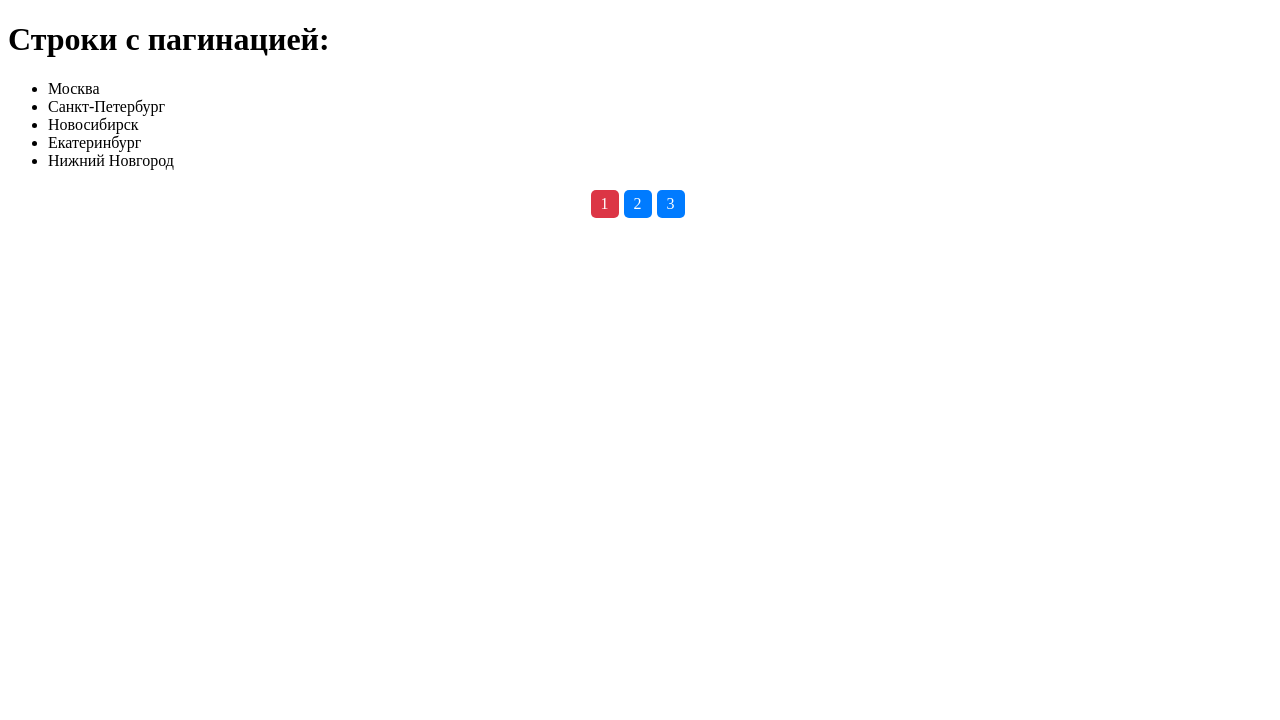
Repository: ssezmar/php...
Page: http://localhost/lab2/pagination.php?page=1
The author's editor kept a copy of each file at every save. The page is drawn from the files as they stood at one save, then again after the next save.
The browser window is 1280 px wide. The pictures show the whole page.
The page is run by PHP 8.4 with error messages shown; the project is at /var/www/html/. Other server files are loaded and not shown.

Above is the page before, as saved 2025-09-17 12:37:26.

### public_html/lab2/pagination.php
<!DOCTYPE html>
<html lang="en">
<head>
    <meta charset="UTF-8">
    <title>Pagination Example</title>
    <style>
        .pagination {
            display: flex;
            justify-content: center;
            margin-top: 20px;
        }

        .pagination a {
            padding: 5px 10px;
            text-decoration: none;
            color: #fff;
            background-color: #007bff;
            border-radius: 5px;
            margin-right: 5px;
        }

        .pagination a.active {
            background-color: #dc3545;
        }
    </style>
</head>
<body>

<h1>Строки с пагинацией:</h1>

<?php
// Функция пагинации (та же самая, что была представлена ранее)
function paginateArray($data, $page = 1, $perPage = 10)
{
    $totalPages = ceil(count($data) / $perPage);
    if ($page > $totalPages || $page <= 0) {
        return [];
    }
    $offset = ($page - 1) * $perPage;
    $pagedData = array_slice($data, $offset, $perPage);
    return [
        'current_page' => $page,
        'pages_total' => $totalPages,
        'items_per_page' => $perPage,
        'data' => $pagedData
    ];
}

// Массив строк
$data = ["Москва", "Санкт-Петербург", "Новосибирск", "Екатеринбург", "Нижний Новгород",
         "Казань", "Челябинск", "Омск", "Самара", "Ростов-на-Дону", "Уфа", "Красноярск",
         "Пермь", "Воронеж", "Волгоград"];

// Текущие параметры страницы (можно получать из GET-запросов)
$currentPage = isset($_GET['page']) ? intval($_GET['page']) : 1;
$perPage = 5; // Количество записей на странице

// Получаем список городов для текущей страницы
$result = paginateArray($data, $currentPage, $perPage);

// Вывод списка городов
if (!empty($result['data'])) {
    echo "<ul>";
    foreach ($result['data'] as $city) {
        echo "<li>$city</li>";
    }
    echo "</ul>";
} else {
    echo '<p>Нет данных.</p>';
}

// Создание навигационной панели
echo '<div class="pagination">';
for ($i = 1; $i <= $result['pages_total']; $i++) {
    $class = ($i === $currentPage) ? 'active' : '';
    echo '<a href="?page=' . $i . '" class="' . $class . '">' . $i . '</a>';
}
echo '</div>';
?>

</body>
</html>

### public_html/lab2/includes/header.php
<!doctype html>
<html class="no-js" lang="zxx">

<head>
    <meta charset="utf-8">
    <meta http-equiv="x-ua-compatible" content="ie=edge">
    <title><?= $pageTitle ?? 'Animal'; ?></title>
    <meta name="description" content="">
    <meta name="viewport" content="width=device-width, initial-scale=1">
    <link rel="shortcut icon" type="image/x-icon" href="img/favicon.png">
    <link rel="stylesheet" href="css/bootstrap.min.css">
    <link rel="stylesheet" href="css/owl.carousel.min.css">
    <link rel="stylesheet" href="css/magnific-popup.css">
    <link rel="stylesheet" href="css/font-awesome.min.css">
    <link rel="stylesheet" href="css/themify-icons.css">
    <link rel="stylesheet" href="css/nice-select.css">
    <link rel="stylesheet" href="css/flaticon.css">
    <link rel="stylesheet" href="css/gijgo.css">
    <link rel="stylesheet" href="css/animate.css">
    <link rel="stylesheet" href="css/slicknav.css">
    <link rel="stylesheet" href="css/style.css">
</head>

<body>
<header>
    <div class="header-area ">

### public_html/lab2/includes/menu.php
<?php
$menu = [
    ["link" => "home", "href" => "index.php"],
    ["link" => "about", "href" => "about.php"],
    ["link" => "services", "href" => "services.php"],
    ["link" => "contact", "href" => "contact.php"],
    ["link" => "pagination", "href" => "pagination.php"] // доп. задание
];
?>
<div id="sticky-header" class="main-header-area">
    <div class="container">
        <div class="row align-items-center">
            <div class="col-xl-3 col-lg-3">
                <div class="logo">
                    <a href="index.php">
                        <img src="img/logo.png" alt="">
                    </a>
                </div>
            </div>
            <div class="col-xl-9 col-lg-9">
                <div class="main-menu  d-none d-lg-block">
                    <nav>
                        <ul id="navigation">
                            <?php foreach ($menu as $item): ?>
                                <li><a href="<?= $item['href'] ?>"><?= $item['link'] ?></a></li>
                            <?php endforeach; ?>
                        </ul>
                    </nav>
                </div>
            </div>
            <div class="col-12">
                <div class="mobile_menu d-block d-lg-none"></div>
            </div>
        </div>
    </div>
</div>
</div> <!-- .header-area -->
</header>

### public_html/lab2/function.php
<?php
function paginateArray($data, $page = 1, $perPage = 5) {
    $totalPages = ceil(count($data) / $perPage);

    if ($page > $totalPages || $page <= 0) {
        return [];
    }

    $offset = ($page - 1) * $perPage;
    $pagedData = array_slice($data, $offset, $perPage);

    return [
        'current_page'   => $page,
        'pages_total'    => $totalPages,
        'items_per_page' => $perPage,
        'data'           => $pagedData
    ];
}

// Пример стилей для пагинации
?>
<style>
.pagination {
    display: flex;
    justify-content: center;
    margin-top: 20px;
}
.pagination a {
    padding: 7px 14px;
    text-decoration: none;
    color: #fff;
    background-color: #007bff;
    border-radius: 5px;
    margin-right: 5px;
    transition: 0.3s;
}
.pagination a:hover {
    background-color: #0056b3;
}
.pagination a.active {
    background-color: #dc3545;
}
</style>

### public_html/lab2/includes/footer.php
<footer class="footer">
    <div class="footer_top">
        <div class="container">
            <div class="row">
                <!-- полный код footer из index.html -->
                <div class="col-xl-3 col-md-6 col-lg-3">
                    <div class="footer_widget">
                        <h3 class="footer_title">Contact Us</h3>
                        <ul class="address_line">
                            <li>+555 0000 565</li>
                            <li><a href="#">Demomail@gmail.Com</a></li>
                            <li>700, Green Lane, New York, USA</li>
                        </ul>
                    </div>
                </div>
                <!-- другие колонки footer -->
            </div>
        </div>
    </div>
    <div class="copy-right_text">
            <div class="container">
                <div class="bordered_1px"></div>
                <div class="row">
                    <div class="col-xl-12">
                        <p class="copy_right text-center">
                            <p><!-- Link back to Colorlib can't be removed. Template is licensed under CC BY 3.0. -->
  Copyright &copy;<script>document.write(new Date().getFullYear());</script> All rights reserved | This template is made with <i class="ti-heart" aria-hidden="true"></i> by <a href="https://colorlib.com" target="_blank">Colorlib</a>
  <!-- Link back to Colorlib can't be removed. Template is licensed under CC BY 3.0. --></p>
                        </p>
                    </div>
                </div>
            </div>
        </div>
</footer>

<script src="js/vendor/jquery-1.12.4.min.js"></script>
<script src="js/bootstrap.min.js"></script>
<script src="js/owl.carousel.min.js"></script>
<script src="js/main.js"></script>
</body>
</html>

Loaded but not shown: public_html/lab2/css/bootstrap.min.css (library); public_html/lab2/css/owl.carousel.min.css (common file); public_html/lab2/css/magnific-popup.css (library); public_html/lab2/css/font-awesome.min.css (library); public_html/lab2/css/themify-icons.css (common file); public_html/lab2/css/nice-select.css (common file); public_html/lab2/css/flaticon.css (common file); public_html/lab2/css/animate.css (library); public_html/lab2/css/slicknav.css (common file); public_html/lab2/css/style.css (library); public_html/lab2/js/bootstrap.min.js (library); public_html/lab2/js/owl.carousel.min.js (library); public_html/lab2/js/main.js (368 lines, source omitted); public_html/lab2/css/gijgo.css (2704 lines, source omitted)

After the next save:
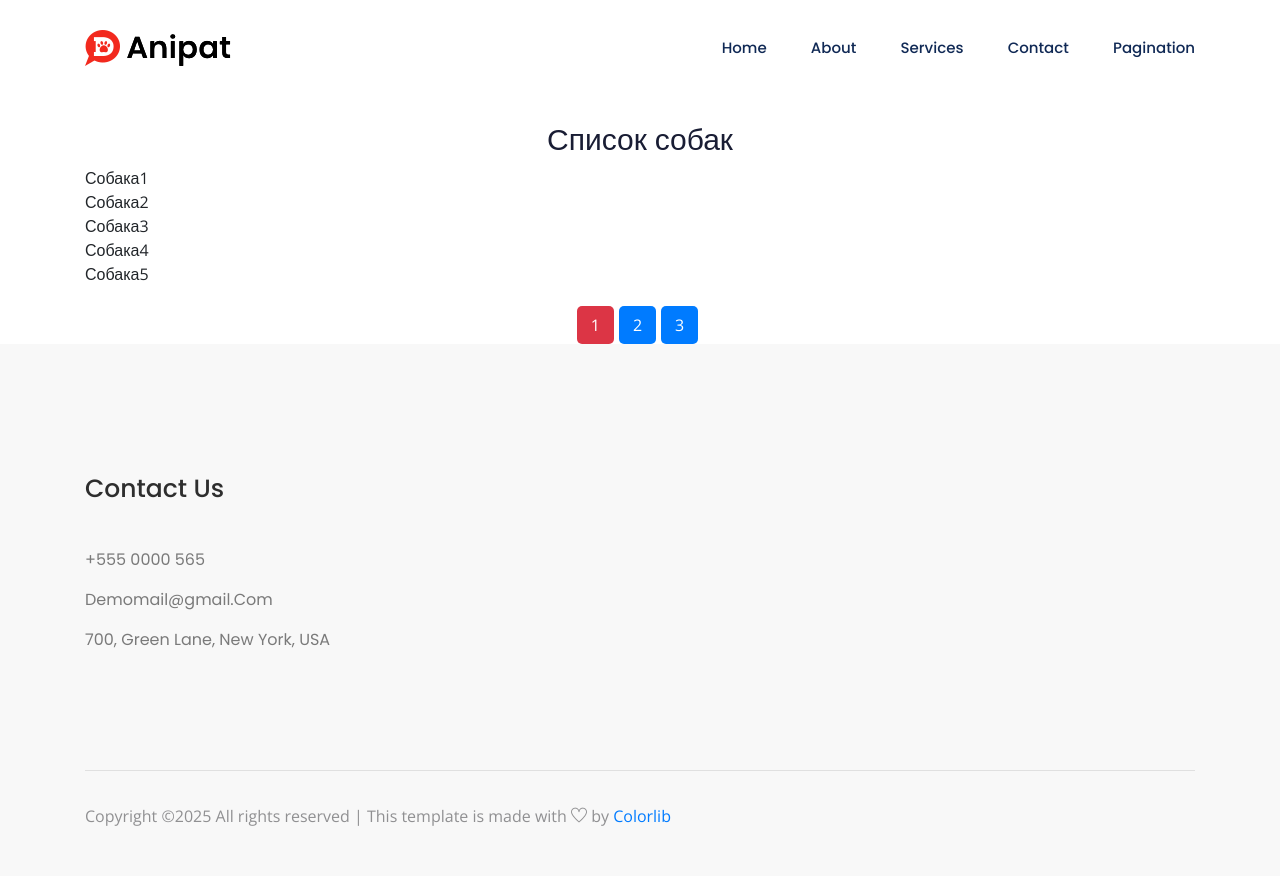
Console error: TypeError: $(...).find(...).ajaxChimp is not a function
Saved 15 s later.
--- a/public_html/lab2/pagination.php
+++ b/public_html/lab2/pagination.php
@@ -1,82 +1,49 @@
-<!DOCTYPE html>
-<html lang="en">
-<head>
-    <meta charset="UTF-8">
-    <title>Pagination Example</title>
-    <style>
-        .pagination {
-            display: flex;
-            justify-content: center;
-            margin-top: 20px;
-        }
+<?php
+$pageTitle = "Pagination - Animal";
 
-        .pagination a {
-            padding: 5px 10px;
-            text-decoration: none;
-            color: #fff;
-            background-color: #007bff;
-            border-radius: 5px;
-            margin-right: 5px;
-        }
+// Подключения
+include "includes/header.php";
+include "includes/menu.php";
+include "function.php";
 
-        .pagination a.active {
-            background-color: #dc3545;
-        }
-    </style>
-</head>
-<body>
+// Данные (можно заменить на реальные из БД или массив животных)
+$data = [
+    "Собака1","Собака2","Собака3","Собака4","Собака5",
+    "Собака6","Собака7","Собака8","Собака9","Собака10",
+    "Собака11","Собака12","Собака13","Собака14","Собака15"
+];
 
-<h1>Строки с пагинацией:</h1>
+$currentPage = isset($_GET['page']) ? intval($_GET['page']) : 1;
+$perPage = 5;
 
-<?php
-// Функция пагинации (та же самая, что была представлена ранее)
-function paginateArray($data, $page = 1, $perPage = 10)
-{
-    $totalPages = ceil(count($data) / $perPage);
-    if ($page > $totalPages || $page <= 0) {
-        return [];
-    }
-    $offset = ($page - 1) * $perPage;
-    $pagedData = array_slice($data, $offset, $perPage);
-    return [
-        'current_page' => $page,
-        'pages_total' => $totalPages,
-        'items_per_page' => $perPage,
-        'data' => $pagedData
-    ];
-}
-
-// Массив строк
-$data = ["Москва", "Санкт-Петербург", "Новосибирск", "Екатеринбург", "Нижний Новгород",
-         "Казань", "Челябинск", "Омск", "Самара", "Ростов-на-Дону", "Уфа", "Красноярск",
-         "Пермь", "Воронеж", "Волгоград"];
-
-// Текущие параметры страницы (можно получать из GET-запросов)
-$currentPage = isset($_GET['page']) ? intval($_GET['page']) : 1;
-$perPage = 5; // Количество записей на странице
-
-// Получаем список городов для текущей страницы
+// Получаем данные для текущей страницы
 $result = paginateArray($data, $currentPage, $perPage);
 
-// Вывод списка городов
+// Вывод элементов
+echo "<div class='container'>";
+echo "<h2 class='text-center mt-4'>Список собак</h2>";
+
 if (!empty($result['data'])) {
     echo "<ul>";
-    foreach ($result['data'] as $city) {
-        echo "<li>$city</li>";
+    foreach ($result['data'] as $item) {
+        echo "<li>{$item}</li>";
     }
     echo "</ul>";
 } else {
-    echo '<p>Нет данных.</p>';
+    echo "<p>Нет данных.</p>";
 }
 
-// Создание навигационной панели
-echo '<div class="pagination">';
-for ($i = 1; $i <= $result['pages_total']; $i++) {
-    $class = ($i === $currentPage) ? 'active' : '';
-    echo '<a href="?page=' . $i . '" class="' . $class . '">' . $i . '</a>';
+// Навигация по страницам
+if (!empty($result) && $result['pages_total'] > 1) {
+    echo '<div class="pagination">';
+    for ($i = 1; $i <= $result['pages_total']; $i++) {
+        $class = ($i === $currentPage) ? 'active' : '';
+        echo '<a href="?page=' . $i . '" class="' . $class . '">' . $i . '</a>';
+    }
+    echo '</div>';
 }
-echo '</div>';
+
+echo "</div>";
+
+include "includes/footer.php";
 ?>
-
-</body>
-</html>
